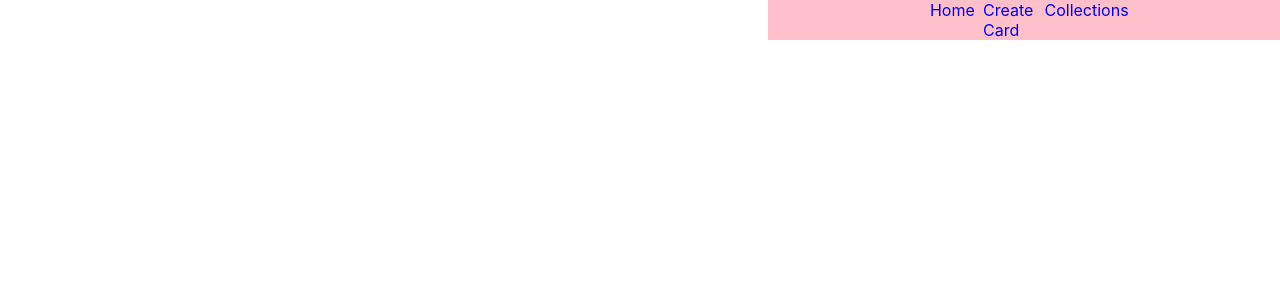
Repository: MikeTroianello/phos-react
Page: /
An editor plug-in stored every save of this project. The page is shown before and after the next save, followed by the edit.
The browser window is 1280 px wide. The pictures show the whole page.
The project was rebuilt for these pictures with package versions that can differ from the ones it lists, and the page was loaded fresh each time. A package was used in the major version that the imports need, not the one package.json lists. Also part of the build but not shown: src/App.css, src/components/card/Card.js.

Above is the page before, as saved 2020-06-02 16:36:13.

After the next save:
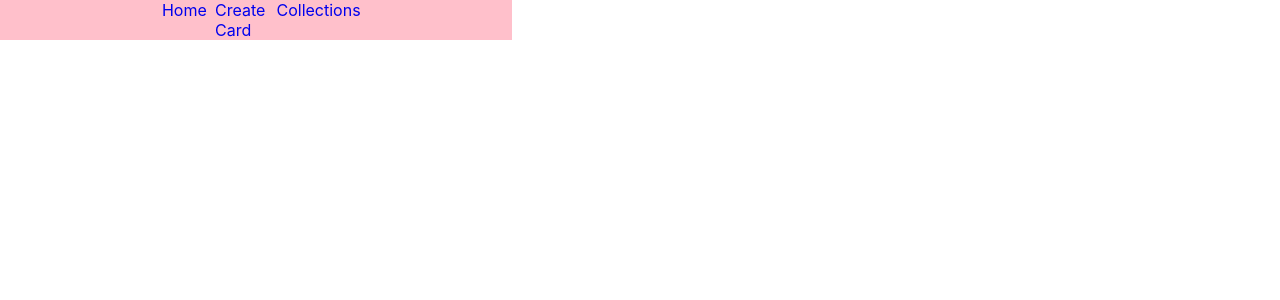
Saved 10 s later.
--- a/src/components/navbar/navbar.css
+++ b/src/components/navbar/navbar.css
@@ -1,4 +1,4 @@
-div {
+.navbar-container {
   display: flex;
   flex-direction: row;
   justify-content: flex-end;
